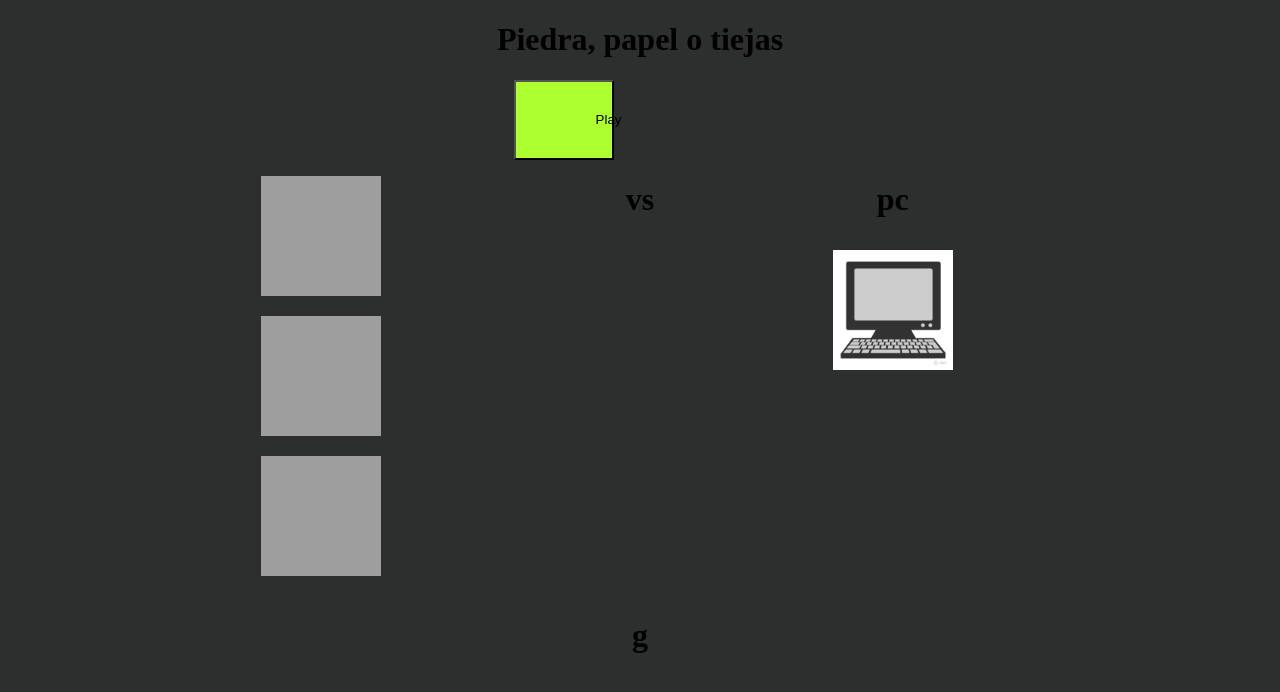
Repository: Kevin8548/FundamentosJS
Page: scissors.html
An editor plug-in stored every save of this project. The page is shown before and after the next save, followed by the edit.
The browser window is 1280 px wide. The pictures show the whole page.
Pictures or frames that could not be fetched are drawn as grey boxes.

Above is the page before, as saved 2024-09-23 05:51:06.
Console error: SyntaxError: Unexpected token ';'

After the next save:
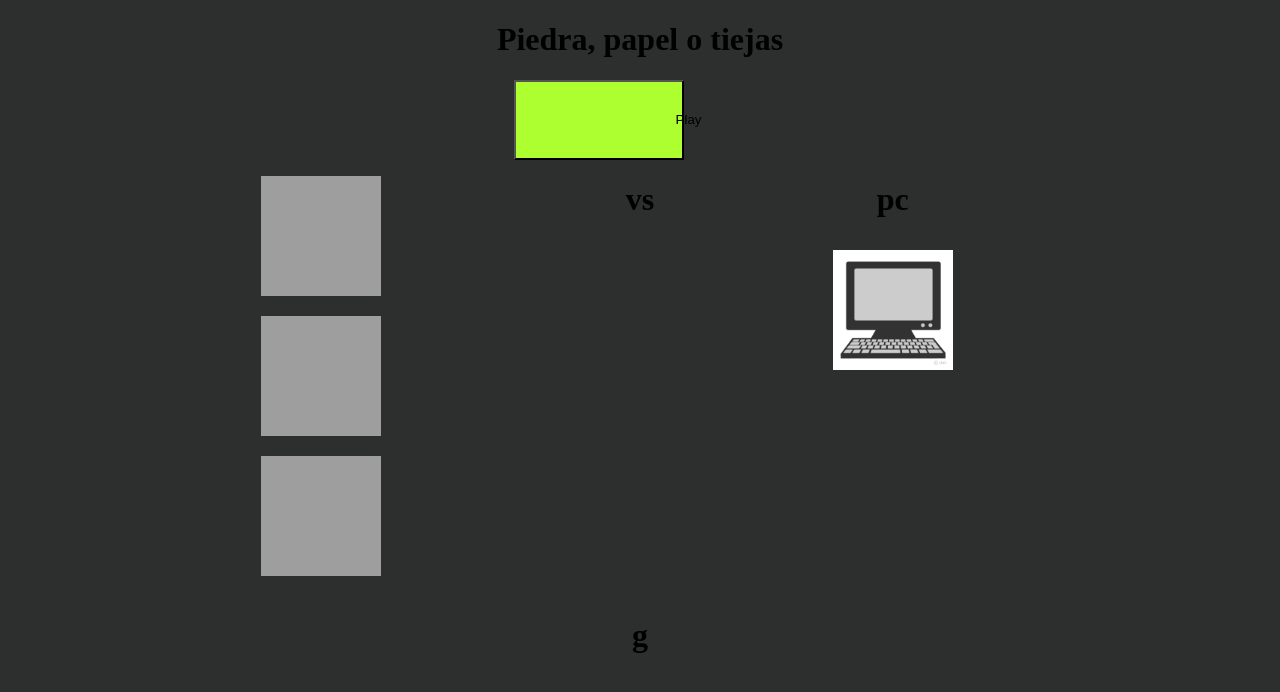
Saved 7 s later.
--- a/style.css
+++ b/style.css
@@ -29,6 +29,6 @@ button {
     background-color: greenyellow;
     width: 100px;
     height: 80px;
-    padding-left: 80px;
+    padding-left: 160px;
     text-align: center;
 }
